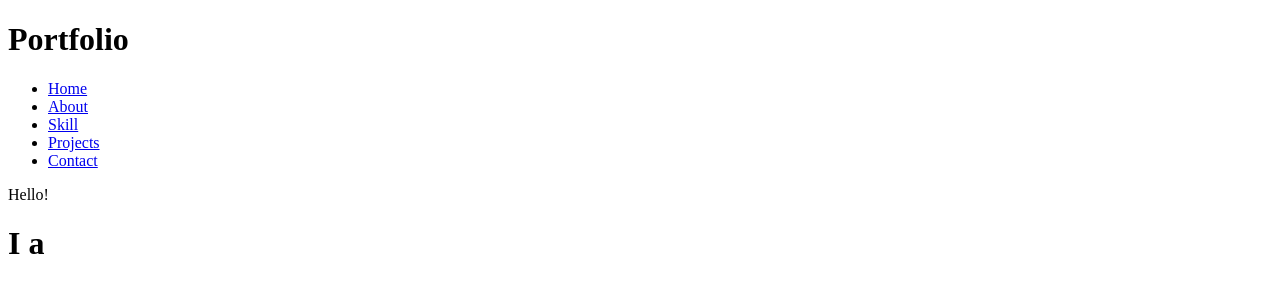
Repository: VickyJacob23/SheCode
Page: firstCode/firstProject.html
The author's editor kept a copy of each file at every save. The page is drawn from the files as they stood at one save, then again after the next save.
The browser window is 1280 px wide. The pictures show the whole page.

Above is the page before, as saved 2024-08-30 13:08:23.

After the next save:
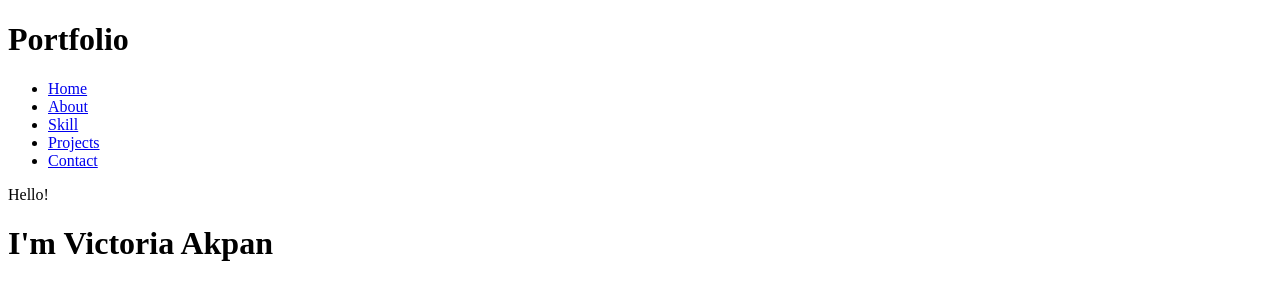
Saved 18 s later.
--- a/firstCode/firstProject.html
+++ b/firstCode/firstProject.html
@@ -21,7 +21,7 @@
       </header>
       <div class="left">
         <p>Hello!</p>
-        <h1>I a</h1>
+        <h1>I'm Victoria Akpan</h1>
       </div>
       <div class="right"></div>
     </main>
